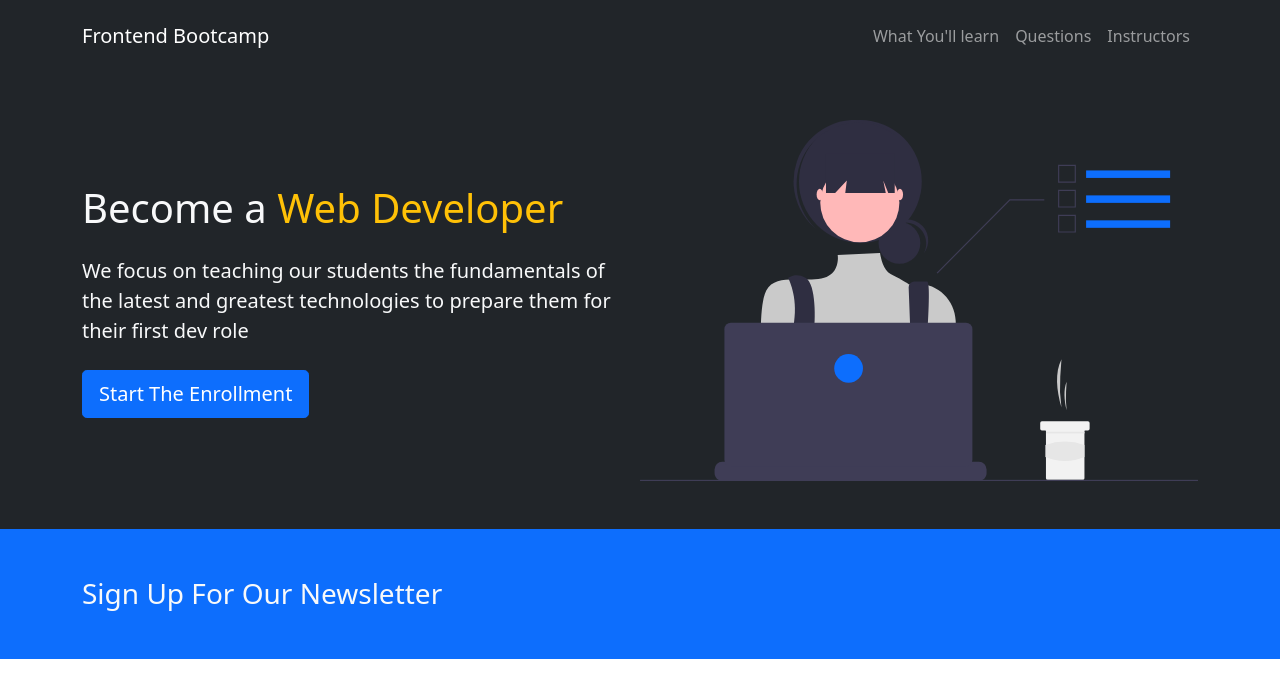
Repository: Marhamat92/Bootstrap5-Responsive-Website-
Page: index.html
The author's editor kept a copy of each file at every save. The page is drawn from the files as they stood at one save, then again after the next save.
The browser window is 1280 px wide. The pictures show the whole page.

Above is the page before, as saved 2021-09-18 16:32:30.

### index.html
<!DOCTYPE html>
<html lang="en">

<head>
    <meta charset="UTF-8">
    <meta http-equiv="X-UA-Compatible" content="IE=edge">
    <meta name="viewport" content="width=device-width, initial-scale=1.0">
    <link href="https://cdn.jsdelivr.net/npm/bootstrap@5.0.2/dist/css/bootstrap.min.css" rel="stylesheet"
        integrity="sha384-EVSTQN3/azprG1Anm3QDgpJLIm9Nao0Yz1ztcQTwFspd3yD65VohhpuuCOmLASjC" crossorigin="anonymous">
    <link rel="stylesheet" href="style.css">
    <title>Frontend Bootcamp</title>

</head>

<body>
    <!--Navbar-->
    <nav class="navbar navbar-expand-lg bg-dark navbar-dark py-3">
        <div class="container">
            <a href="#" class="navbar-brand">Frontend Bootcamp</a>
            <button class="navbar-toggler" type="button" data-bs-toggle="collapse" data-bs-target="#navmenu">
                <span class="navbar-toggler-icon"></span>
            </button>
            <div class="collapse navbar-collapse" id="navmenu">
                <ul class="navbar-nav ms-auto">
                    <li class="nav-item">
                        <a href="#learn" class="nav-link">What You'll learn</a>
                    </li>
                    <li class="nav-item">
                        <a href="#questions" class="nav-link">Questions</a>
                    </li>
                    <li class="nav-item">
                        <a href="#instructors" class="nav-link">Instructors</a>
                    </li>
                </ul>
            </div>
        </div>
    </nav>

<!--Showcase-->

<section class="bg-dark text-light p-5 text-center text-sm-start">
    <div class="container">
      <div class="d-sm-flex align-items-center justify-content-between">
          <div>
              <h1>Become a <span class="text-warning">Web Developer</span> </h1>
              <p class="lead my-4">We focus on teaching our students the fundamentals of the latest and
                  greatest technologies to prepare them for their first dev role
              </p>
              <button class="btn btn-primary btn-lg">Start The Enrollment</button>
          </div>
          <img class="img-fluid w-50 d-none d-sm-block" src="img/showcase.svg" alt="showcase">
      </div>
    </div>
</section>


<!--Newsletter-->
<section class=" bg-primary text-light p-5">
    <div class="container">
      <div class="d-md-flex justify-content-between align-items-center">
        <h3 class="mb-3 mb-md-0">Sign Up For Our Newsletter</h3>


      </div>
    </div>
</section>






















    <script src="https://cdn.jsdelivr.net/npm/bootstrap@5.0.2/dist/js/bootstrap.bundle.min.js"
        integrity="sha384-MrcW6ZMFYlzcLA8Nl+NtUVF0sA7MsXsP1UyJoMp4YLEuNSfAP+JcXn/tWtIaxVXM" crossorigin="anonymous">
    </script>
</body>

</html>

Loaded but not shown: style.css (no copy from this time; the picture is the same without it)

After the next save:
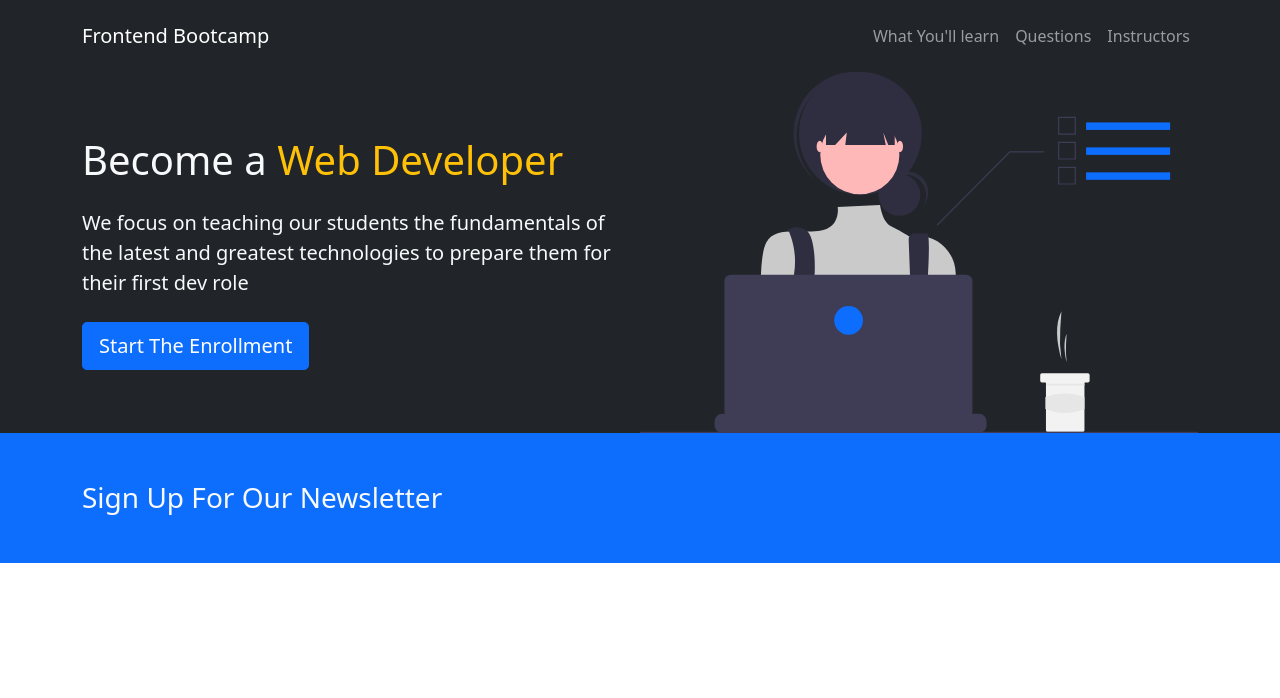
Saved 107 s later.
--- a/index.html
+++ b/index.html
@@ -38,7 +38,7 @@
 
 <!--Showcase-->
 
-<section class="bg-dark text-light p-5 text-center text-sm-start">
+<section class="bg-dark text-light p-5 p-lg-0 text-center text-sm-start">
     <div class="container">
       <div class="d-sm-flex align-items-center justify-content-between">
           <div>
